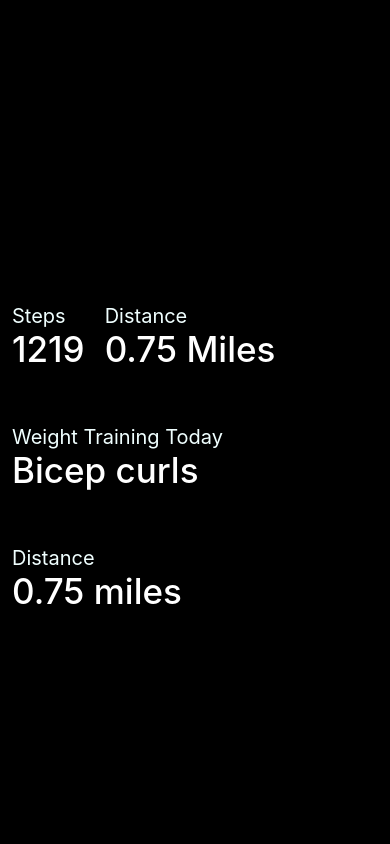
Repository: JamesPesenti/JiMTracker
Screen: /
These files come from the project's save history. The screen is drawn as it stood at one moment and after the next save; the edit follows.
The app was drawn by React Native's web renderer in a window 390 px wide. The project was rebuilt for these pictures with package versions that can differ from the ones it lists, and the page was loaded fresh each time.

Above is the screen before, as saved 2023-06-16 12:28:04.

### App.tsx
import { StatusBar } from 'expo-status-bar';
import { StyleSheet, Text, View } from 'react-native';

type ValueProps = {
  label: string;
  value: string;
}

const Value = ({ label, value }: ValueProps) => {
  return (
    <>
     <View>
      <Text style={styles.label}>{label}</Text>
      <Text style={styles.amount}>{value}</Text>
     </View>
    </>
  )
}


export default function App() {
  return (
    <View style={styles.container}>
      <Text>JIMtracker</Text>
       <View style={{flexDirection: "row", gap: 20}}>
          <Value label="Steps" value="1219" />
          <Value label="Distance" value="0.75 Miles" />
       </View>
          {/* Training */}
           <View>
              <Text style={styles.label}>Weight Training Today</Text>
              <Text style={styles.amount}>Bicep curls</Text>
           </View>

        <View style={{flexDirection: 'row'}}>
          {/* Distance */}
          <View>
              <Text style={styles.label}>Distance</Text>
              <Text style={styles.amount}>0.75 miles</Text>
          </View>
        </View>
      <StatusBar style="auto" />
    </View>
  );
}

const styles = StyleSheet.create({
  container: {
    flex: 1,
    backgroundColor: 'black',
    justifyContent: 'center',
    padding: 12,
    marginHorizontal: 0,
    gap: 55,
    flexGap: 20
  },
  label: {
    color: "azure",
    fontSize: 20,
  },
  amount: {
    color: "white",
    fontSize: 35,
    fontWeight: "500"
  }
});

After the next save:
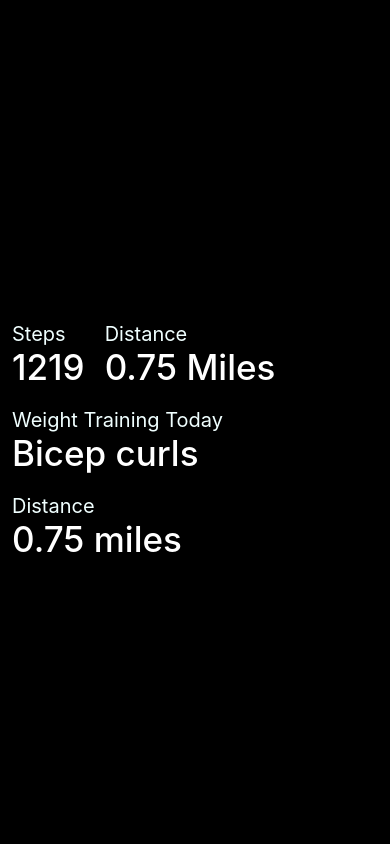
Saved 19 s later.
--- a/App.tsx
+++ b/App.tsx
@@ -52,7 +52,7 @@ const styles = StyleSheet.create({
     padding: 12,
     marginHorizontal: 0,
     gap: 55,
-    flexGap: 20
+    rowGap: 20
   },
   label: {
     color: "azure",
